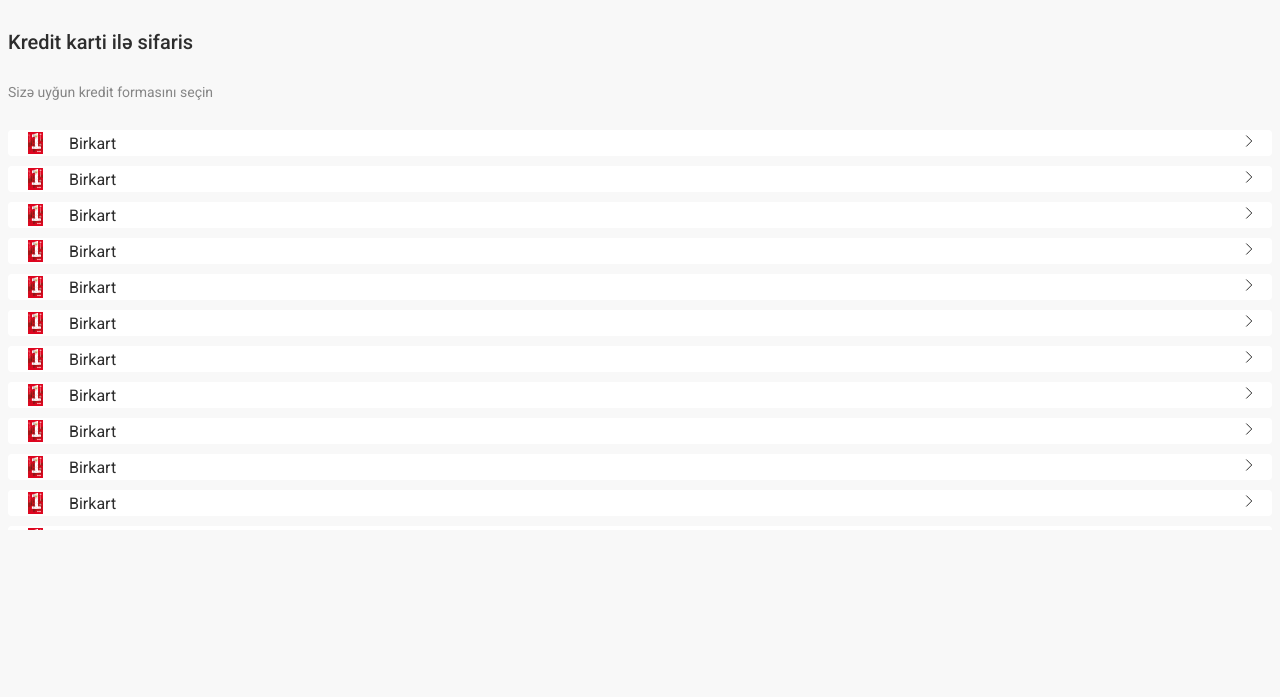
Repository: lmira7777/Carts
Page: Caravan/index.html
The author's editor kept a copy of each file at every save. The page is drawn from the files as they stood at one save, then again after the next save.
The browser window is 1280 px wide. The pictures show the whole page.
An inner scrolling area shows only its first screen.

Above is the page before, as saved 2024-04-25 21:07:57.

### Caravan/index.html
<!DOCTYPE html>
<html lang="en">
  <head>
    <meta charset="UTF-8" />
    <meta name="viewport" content="width=device-width, initial-scale=1.0" />
    <title>Document</title>
    <link rel="stylesheet" href="./style.css" />
  </head>
  <body>
    <div class="carts-body">
      <div class="title">Kredit karti ilə sifaris</div>
      <div class="description">Sizə uyğun kredit formasını seçin</div>
      <div class="carts">
        <div class="cart-item">
          <div class="cart-item-left">
            <img src="./img/birkart.png" alt="" srcset="" />
            <span>Birkart</span>
          </div>
          <div class="cart-item-right">
            <img src="./img/arrow.svg" alt="" srcset="" />
          </div>
        </div>

        <div class="cart-item">
            <div class="cart-item-left">
              <img src="./img/birkart.png" alt="" srcset="" />
              <span>Birkart</span>
            </div>
            <div class="cart-item-right">
              <img src="./img/arrow.svg" alt="" srcset="" />
            </div>
          </div>


          <div class="cart-item">
            <div class="cart-item-left">
              <img src="./img/birkart.png" alt="" srcset="" />
              <span>Birkart</span>
            </div>
            <div class="cart-item-right">
              <img src="./img/arrow.svg" alt="" srcset="" />
            </div>
          </div>

          <div class="cart-item">
            <div class="cart-item-left">
              <img src="./img/birkart.png" alt="" srcset="" />
              <span>Birkart</span>
            </div>
            <div class="cart-item-right">
              <img src="./img/arrow.svg" alt="" srcset="" />
            </div>
          </div>

          <div class="cart-item">
              <div class="cart-item-left">
                <img src="./img/birkart.png" alt="" srcset="" />
                <span>Birkart</span>
              </div>
              <div class="cart-item-right">
                <img src="./img/arrow.svg" alt="" srcset="" />
              </div>
            </div>


            <div class="cart-item">
              <div class="cart-item-left">
                <img src="./img/birkart.png" alt="" srcset="" />
                <span>Birkart</span>
              </div>
              <div class="cart-item-right">
                <img src="./img/arrow.svg" alt="" srcset="" />
              </div>
            </div>




            <div class="cart-item">
                <div class="cart-item-left">
                  <img src="./img/birkart.png" alt="" srcset="" />
                  <span>Birkart</span>
                </div>
                <div class="cart-item-right">
                  <img src="./img/arrow.svg" alt="" srcset="" />
                </div>
              </div>

              <div class="cart-item">
                  <div class="cart-item-left">
                    <img src="./img/birkart.png" alt="" srcset="" />
                    <span>Birkart</span>
                  </div>
                  <div class="cart-item-right">
                    <img src="./img/arrow.svg" alt="" srcset="" />
                  </div>
                </div>


                <div class="cart-item">
                  <div class="cart-item-left">
                    <img src="./img/birkart.png" alt="" srcset="" />
                    <span>Birkart</span>
                  </div>
                  <div class="cart-item-right">
                    <img src="./img/arrow.svg" alt="" srcset="" />
                  </div>
                </div>

                <div class="cart-item">
                    <div class="cart-item-left">
                      <img src="./img/birkart.png" alt="" srcset="" />
                      <span>Birkart</span>
                    </div>
                    <div class="cart-item-right">
                      <img src="./img/arrow.svg" alt="" srcset="" />
                    </div>
                  </div>

                  <div class="cart-item">
                      <div class="cart-item-left">
                        <img src="./img/birkart.png" alt="" srcset="" />
                        <span>Birkart</span>
                      </div>
                      <div class="cart-item-right">
                        <img src="./img/arrow.svg" alt="" srcset="" />
                      </div>
                    </div>


                    <div class="cart-item">
                      <div class="cart-item-left">
                        <img src="./img/birkart.png" alt="" srcset="" />
                        <span>Birkart</span>
                      </div>
                      <div class="cart-item-right">
                        <img src="./img/arrow.svg" alt="" srcset="" />
                      </div>
                    </div>



                <div class="cart-item">
                    <div class="cart-item-left">
                      <img src="./img/birkart.png" alt="" srcset="" />
                      <span>Birkart</span>
                    </div>
                    <div class="cart-item-right">
                      <img src="./img/arrow.svg" alt="" srcset="" />
                    </div>
                  </div>

                  <div class="cart-item">
                      <div class="cart-item-left">
                        <img src="./img/birkart.png" alt="" srcset="" />
                        <span>Birkart</span>
                      </div>
                      <div class="cart-item-right">
                        <img src="./img/arrow.svg" alt="" srcset="" />
                      </div>
                    </div>


                    <div class="cart-item">
                      <div class="cart-item-left">
                        <img src="./img/birkart.png" alt="" srcset="" />
                        <span>Birkart</span>
                      </div>
                      <div class="cart-item-right">
                        <img src="./img/arrow.svg" alt="" srcset="" />
                      </div>
                    </div>
      </div>
    </div>

    <script src="./app.js"></script>
  </body>
</html>

### Caravan/style.css
@import url("https://fonts.googleapis.com/css2?family=Roboto:ital,wght@0,100;0,300;0,400;0,500;0,700;0,900;1,100;1,300;1,400;1,500;1,700;1,900&display=swap");
* {
  margin: 0;
  padding: 0;
  box-sizing: border-box;
  font-family: "Roboto", sans-serif;
}

body {
  background: #f8f8f8;
}
.carts-body {
  width: 100%;
  height: 100vh;
  display: flex;
  flex-direction: column;
  gap: 30px;
  padding: 30px 8px;
}
.title {
  color: #2d2d2d;
  font-size: 20px;
  font-weight: 500;
}
.description {
  color: #868686;
  font-size: 14px;
}
.carts{
    width: 100%;
    display: flex;
    flex-direction: column;
    gap: 10px;
    height: 400px;
    overflow-y: auto;

}
.cart-item {
  width: 100%;
  height: 58px;
  display: flex;
  align-items: center;
  justify-content: space-between;
  background-color: #fff;
  border-radius: 4px;
  padding: 0 12px 0 20px;
}

.cart-item-left {
  display: flex;
  align-items: center;
  gap: 26px;
}

.cart-item-left > span {
  color: #2d2d2d;
  font-size: 16px;
}

### Caravan/img/arrow.svg
<svg xmlns="http://www.w3.org/2000/svg" width="22" height="22" viewBox="0 0 22 22" fill="none">
<path d="M8.25 5.5L13.75 11L8.25 16.5" stroke="#2D2D2D"/>
</svg>

Loaded but not shown: Caravan/app.js (no stored copy; drawn as an empty file)

After the next save:
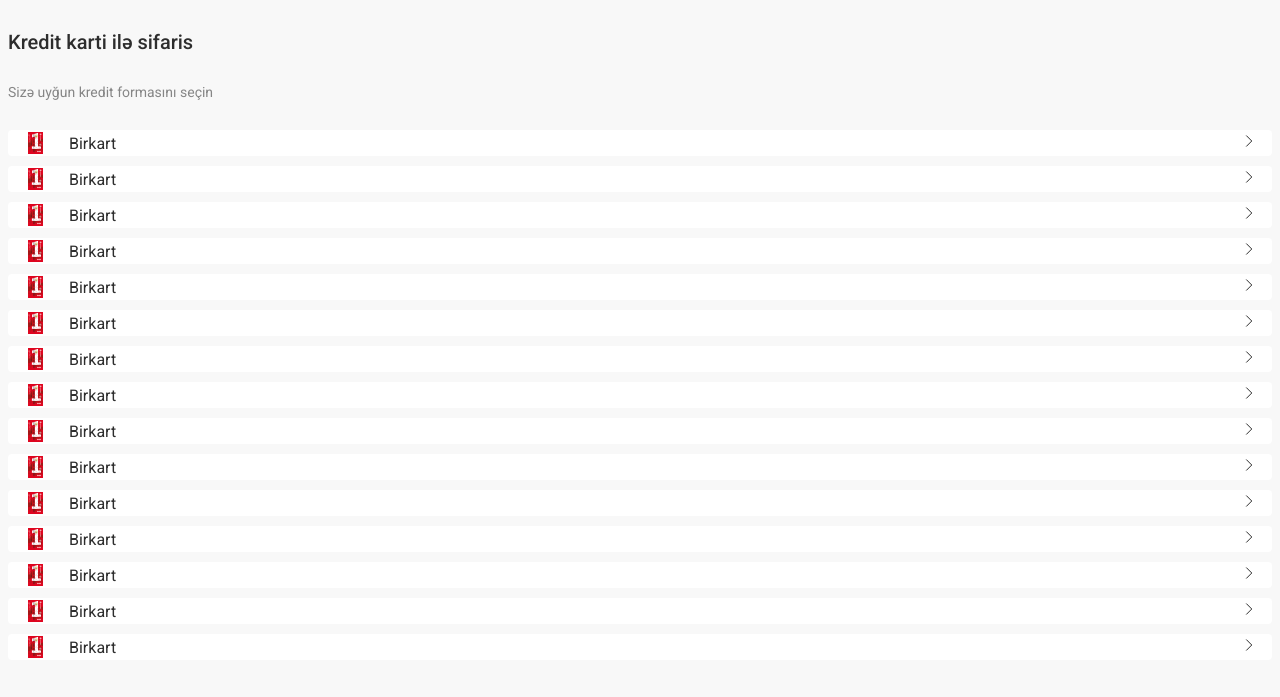
Saved 33 s later.
--- a/Caravan/style.css
+++ b/Caravan/style.css
@@ -32,7 +32,7 @@
     flex-direction: column;
     gap: 10px;
     height: 400px;
-    overflow-y: auto;
+    overflow-y: scrool;
 
 }
 .cart-item {

After the save that followed:
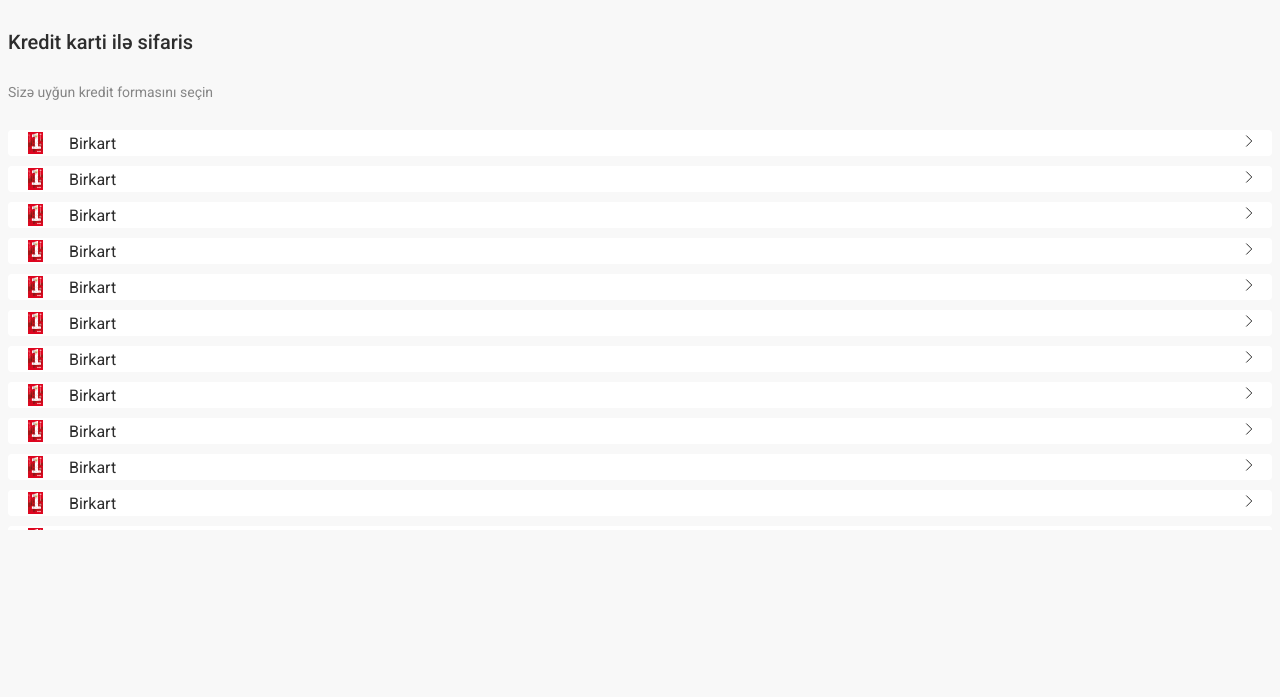
Saved 16 s later.
--- a/Caravan/style.css
+++ b/Caravan/style.css
@@ -32,7 +32,7 @@
     flex-direction: column;
     gap: 10px;
     height: 400px;
-    overflow-y: scrool;
+    overflow-y: scroll;
 
 }
 .cart-item {
